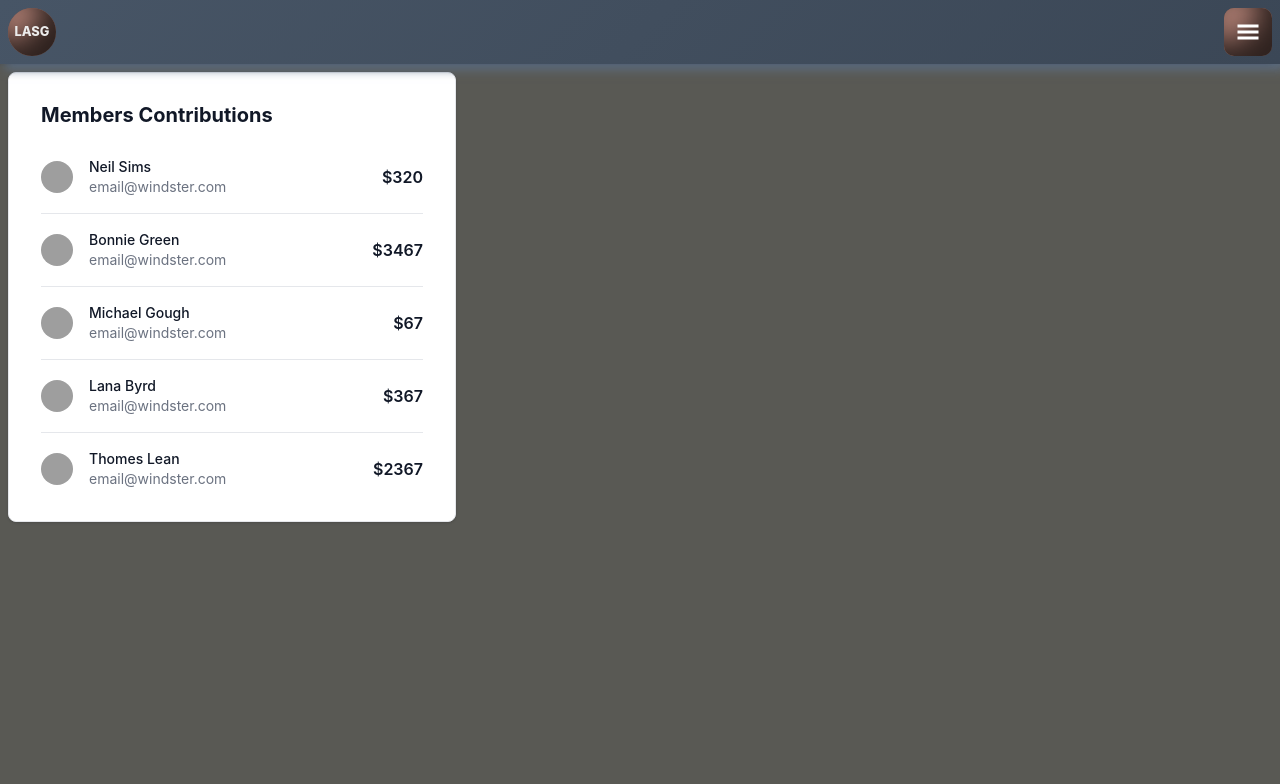
Repository: ShindanoSingi/LA-Swahili-Group
Page: /login (app in client/)
These files come from the project's save history. The page is drawn as it stood at one moment and after the next save; the edit follows.
The browser window is 1280 px wide. The pictures show the whole page.
Pictures or frames that could not be fetched are drawn as grey boxes. The project was rebuilt for these pictures with package versions that can differ from the ones it lists, and the page was loaded fresh each time. Also part of the build but not shown: client/src/pages/error/Error.css, client/src/pages/error/Error.js, client/src/pages/home/Home.js, client/src/pages/about/About.js, client/src/pages/contact/Contact.js.

Above is the page before, as saved 2024-02-07 23:30:10.

### client/src/index.js
import React from 'react';
import ReactDOM from 'react-dom/client';
import './index.css';
import App from './App';
import reportWebVitals from './reportWebVitals';
import { Provider } from "react-redux";
import store from './redux/store';
import { BrowserRouter } from 'react-router-dom';


const root = ReactDOM.createRoot(document.getElementById('root'));
root.render(
  <Provider store={store}>
    <BrowserRouter>
    <App />
    </BrowserRouter>
  </Provider>
);

// If you want to start measuring performance in your app, pass a function
// to log results (for example: reportWebVitals(console.log))
// or send to an analytics endpoint. Learn more: https://bit.ly/CRA-vitals
reportWebVitals();

### client/src/index.css
@tailwind base;
@tailwind components;
@tailwind utilities;

:root{
  --primary: #424F5F;
  --secondary: #F3F3F3;
  --tertiary: #F4A261;
  --quaternary: #2A9D8F;
  --quinary: #E9C46A;

}

body {
  margin: 0;
  font-family: -apple-system, BlinkMacSystemFont, 'Segoe UI', 'Roboto', 'Oxygen',
    'Ubuntu', 'Cantarell', 'Fira Sans', 'Droid Sans', 'Helvetica Neue',
    sans-serif;
  -webkit-font-smoothing: antialiased;
  -moz-osx-font-smoothing: grayscale;
}

.container{
  max-height: 100vh;
  background-color: var(--primary);
}

.container {
  display: flex;
  justify-content: center;
  align-items: center;
  height: 100vh;
}

.logo{
  height: 100dvh;
}

### client/src/App.js
import Header from "./components/header/Header";
import Error from "./pages/error/Error";
import Home from "./pages/home/Home";
import { Routes, Route, useNavigate } from "react-router-dom";
import About from "./pages/about/About";
import Contact from "./pages/contact/Contact";
import Login from "./pages/login/Login";
import UserDashBoard from "./pages/userDashBoard/UserDashBoard";
import { useEffect } from "react";


function App() {

      const navigate = useNavigate()

      const user = 'user';

      useEffect(() => {
            if (user === 'user') {
                  navigate('/user')
            }
      })

      return (
            <>
                  <Header />
                  <Routes>
                        <Route path="/" element={<Home />} />
                        <Route path="/about" element={<About />} />
                        <Route path="/contact" element={<Contact />} />
                        <Route path="/login" element={<Login />} />
                        <Route path="/user" element={<UserDashBoard/>} />
                        <Route
                              path="/:rest*"
                              element={
                                    <h1>
                                          <Error />
                                    </h1>
                              }
                        />
                  </Routes>
            </>
      );
}

export default App;

### client/src/redux/store.js
import { configureStore } from "@reduxjs/toolkit";

import userReducer from "./userSlice";

const store = configureStore({
    reducer: {
        userReducer,
    },
});

export default store;

### client/src/components/header/Header.js
import React, { useState } from "react";
import "./Header.css";
import { GiHamburgerMenu } from "react-icons/gi";
import { Link } from "react-router-dom";

function Header() {
      const [show, setShow] = useState(false);

      return (
            <div className="header fixed top-0 w-full flex items-center justify-between p-2">
                  <div className="w-12 h-12 rounded-full text-[0.8rem] logo-button flex font-extrabold text-[#EBEBEB] justify-center items-center">
                        LASG
                  </div>
                  <div className="hambourger h-12 w-12 flex items-center justify-center">
                        <GiHamburgerMenu
                              className="text-[#FFFFFF] text-2xl"
                              onClick={() => setShow(!show)}
                        />
                  </div>
                  {show && (
                        <ul className="flex flex-col items-center p-2 top-[4.2rem] right-2 menu text-[#FFFFFF] absolute">
                              <Link to="/" onClick={() => setShow(!show)}>
                                    <li className="menu-item">Home</li>
                              </Link>
                              <Link to="/about" onClick={() => setShow(!show)}>
                                    <li className="menu-item">About</li>
                              </Link>
                              <Link
                                    to="/contact"
                                    onClick={() => setShow(!show)}
                              >
                                    <li className="menu-item">Contact</li>
                              </Link>
                              <Link to="/login" onClick={() => setShow(!show)}>
                                    <li className="menu-item">Login</li>
                              </Link>
                        </ul>
                  )}
            </div>
      );
}

export default Header;

### client/src/pages/userDashBoard/UserDashBoard.js
import React from "react";

function UserDashBoard() {
      return (
            <div className="mt-[4rem] pt-2 px-2 min-h-[100vh] bg-[#595954] text-[#FFFFFF]">
                  <div className="w-full max-w-md p-4 bg-white border border-gray-200 rounded-lg shadow sm:p-8 dark:bg-gray-800 dark:border-gray-700">
                        <div className="flex items-center justify-between mb-4">
                              <h5 className="text-xl font-bold leading-none text-gray-900 dark:text-white">
                                    Members Contributions
                              </h5>
                        </div>
                        <div className="flow-root">
                              <ul
                                    role="list"
                                    className="divide-y divide-gray-200 dark:divide-gray-700"
                              >
                                    <li className="py-3 sm:py-4">
                                          <div className="flex items-center">
                                                <div className="flex-shrink-0">
                                                      <img
                                                            className="w-8 h-8 rounded-full"
                                                            src="https://picsum.photos/200/300"
                                                            alt="Neil image"
                                                      />
                                                </div>
                                                <div className="flex-1 min-w-0 ms-4">
                                                      <p className="text-sm font-medium text-gray-900 truncate dark:text-white">
                                                            Neil Sims
                                                      </p>
                                                      <p className="text-sm text-gray-500 truncate dark:text-gray-400">
                                                            email@windster.com
                                                      </p>
                                                </div>
                                                <div className="inline-flex items-center text-base font-semibold text-gray-900 dark:text-white">
                                                      $320
                                                </div>
                                          </div>
                                    </li>
                                    <li className="py-3 sm:py-4">
                                          <div className="flex items-center ">
                                                <div className="flex-shrink-0">
                                                      <img
                                                            className="w-8 h-8 rounded-full"
                                                            src="https://picsum.photos/200/300"
                                                            alt="Bonnie image"
                                                      />
                                                </div>
                                                <div className="flex-1 min-w-0 ms-4">
                                                      <p className="text-sm font-medium text-gray-900 truncate dark:text-white">
                                                            Bonnie Green
                                                      </p>
                                                      <p className="text-sm text-gray-500 truncate dark:text-gray-400">
                                                            email@windster.com
                                                      </p>
                                                </div>
                                                <div className="inline-flex items-center text-base font-semibold text-gray-900 dark:text-white">
                                                      $3467
                                                </div>
                                          </div>
                                    </li>
                                    <li className="py-3 sm:py-4">
                                          <div className="flex items-center">
                                                <div className="flex-shrink-0">
                                                      <img
                                                            className="w-8 h-8 rounded-full"
                                                            src="https://picsum.photos/200/300"
                                                            alt="Michael image"
                                                      />
                                                </div>
                                                <div className="flex-1 min-w-0 ms-4">
                                                      <p className="text-sm font-medium text-gray-900 truncate dark:text-white">
                                                            Michael Gough
                                                      </p>
                                                      <p className="text-sm text-gray-500 truncate dark:text-gray-400">
                                                            email@windster.com
                                                      </p>
                                                </div>
                                                <div className="inline-flex items-center text-base font-semibold text-gray-900 dark:text-white">
                                                      $67
                                                </div>
                                          </div>
                                    </li>
                                    <li className="py-3 sm:py-4">
                                          <div className="flex items-center ">
                                                <div className="flex-shrink-0">
                                                      <img
                                                            className="w-8 h-8 rounded-full"
                                                            src="https://picsum.photos/200/300"
                                                            alt="Lana image"
                                                      />
                                                </div>
                                                <div className="flex-1 min-w-0 ms-4">
                                                      <p className="text-sm font-medium text-gray-900 truncate dark:text-white">
                                                            Lana Byrd
                                                      </p>
                                                      <p className="text-sm text-gray-500 truncate dark:text-gray-400">
                                                            email@windster.com
                                                      </p>
                                                </div>
                                                <div className="inline-flex items-center text-base font-semibold text-gray-900 dark:text-white">
                                                      $367
                                                </div>
                                          </div>
                                    </li>
                                    <li className="pt-3 pb-0 sm:pt-4">
                                          <div className="flex items-center ">
                                                <div className="flex-shrink-0">
                                                      <img
                                                            className="w-8 h-8 rounded-full"
                                                            src="https://picsum.photos/200/300"
                                                            alt="Thomas image"
                                                      />
                                                </div>
                                                <div className="flex-1 min-w-0 ms-4">
                                                      <p className="text-sm font-medium text-gray-900 truncate dark:text-white">
                                                            Thomes Lean
                                                      </p>
                                                      <p className="text-sm text-gray-500 truncate dark:text-gray-400">
                                                            email@windster.com
                                                      </p>
                                                </div>
                                                <div className="inline-flex items-center text-base font-semibold text-gray-900 dark:text-white">
                                                      $2367
                                                </div>
                                          </div>
                                    </li>
                              </ul>
                        </div>
                  </div>
            </div>
      );
}

export default UserDashBoard;

### client/src/redux/userSlice.js
import {createSlice} from '@reduxjs/toolkit';

const userSlice = createSlice({
    name: 'user',
    initialState: {
        user: null,
    },
    reducers: {
        setUser: (state, action) => {
            state.user = action.payload;
        },
    },
});

export const {setUser} = userSlice.actions;
export default userSlice.reducer;

### client/src/components/header/Header.css
.header {
    border-radius: 0px;
background: linear-gradient(315deg, #3b4756, #475566);
box-shadow:  -5px -5px 10px #262e37,
             5px 5px 10px #5e7087;
}

.logo-button {
    border-radius: 50%;
    background: #6E5049;
    box-shadow: inset -14px -14px 27px #2d211e, inset 14px 14px 27px #af7f74;
}

.hambourger {
    border-radius: 10px;
    background: #6E5049;
    box-shadow: inset -14px -14px 27px #2d211e, inset 14px 14px 27px #af7f74;
}

.menu {
    border-radius: 9px;
    background: #3E5F75;
    box-shadow: inset -5px -5px 10px #38556c, inset 5px 5px 10px #5885a8;
    padding: 0.5rem;
}

.menu-item{
    border-radius: 7px;
background: #486D8A;
box-shadow: inset -15px -15px 13px #2a3f50,
            inset 15px 15px 13px #669bc4;
            width: 5rem;
            text-align: center;
            margin: 0.2rem;
            padding: 0.2rem 0.5rem;
}

Loaded but not shown: client/public/index.html (common file); client/src/reportWebVitals.js (common file); client/tailwind.config.js (common file); client/src/pages/login/Login.js (103 lines, source omitted)

After the next save:
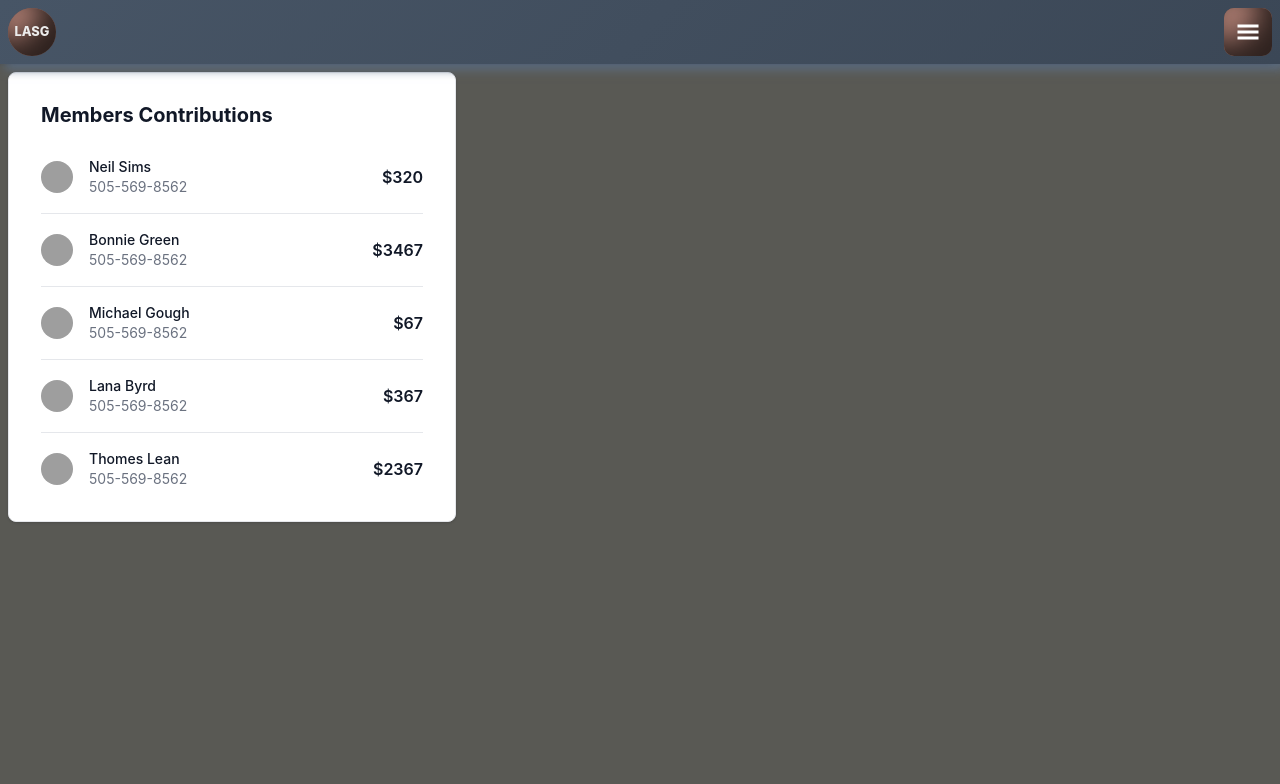
Saved 32 s later.
--- a/client/src/pages/userDashBoard/UserDashBoard.js
+++ b/client/src/pages/userDashBoard/UserDashBoard.js
@@ -28,7 +28,7 @@ function UserDashBoard() {
                                                             Neil Sims
                                                       </p>
                                                       <p className="text-sm text-gray-500 truncate dark:text-gray-400">
-                                                            email@windster.com
+                                                            505-569-8562
                                                       </p>
                                                 </div>
                                                 <div className="inline-flex items-center text-base font-semibold text-gray-900 dark:text-white">
@@ -50,7 +50,7 @@ function UserDashBoard() {
                                                             Bonnie Green
                                                       </p>
                                                       <p className="text-sm text-gray-500 truncate dark:text-gray-400">
-                                                            email@windster.com
+                                                            505-569-8562
                                                       </p>
                                                 </div>
                                                 <div className="inline-flex items-center text-base font-semibold text-gray-900 dark:text-white">
@@ -72,7 +72,7 @@ function UserDashBoard() {
                                                             Michael Gough
                                                       </p>
                                                       <p className="text-sm text-gray-500 truncate dark:text-gray-400">
-                                                            email@windster.com
+                                                            505-569-8562
                                                       </p>
                                                 </div>
                                                 <div className="inline-flex items-center text-base font-semibold text-gray-900 dark:text-white">
@@ -94,7 +94,7 @@ function UserDashBoard() {
                                                             Lana Byrd
                                                       </p>
                                                       <p className="text-sm text-gray-500 truncate dark:text-gray-400">
-                                                            email@windster.com
+                                                            505-569-8562
                                                       </p>
                                                 </div>
                                                 <div className="inline-flex items-center text-base font-semibold text-gray-900 dark:text-white">
@@ -116,7 +116,7 @@ function UserDashBoard() {
                                                             Thomes Lean
                                                       </p>
                                                       <p className="text-sm text-gray-500 truncate dark:text-gray-400">
-                                                            email@windster.com
+                                                            505-569-8562
                                                       </p>
                                                 </div>
                                                 <div className="inline-flex items-center text-base font-semibold text-gray-900 dark:text-white">
